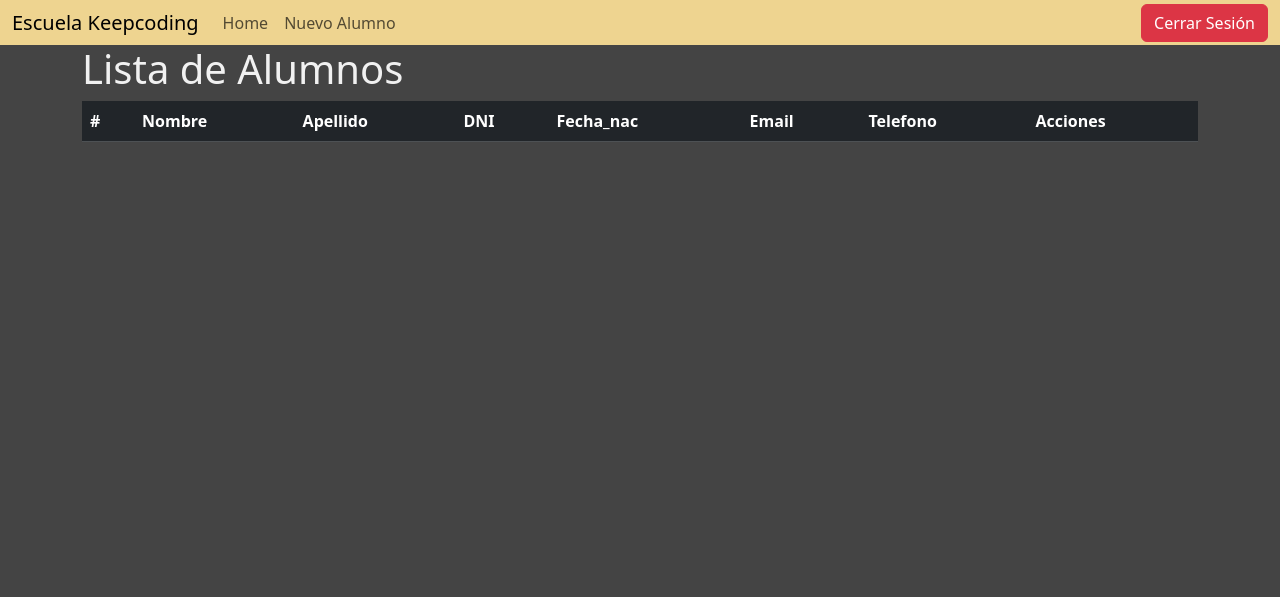
Repository: ChusmiPalos/EscuelaKeepcoding
Page: http://localhost/menu
These files come from the project's save history. The page is drawn as it stood at one moment and after the next save; the edit follows.
The browser window is 1280 px wide. The pictures show the whole page.
The page is this project's Thymeleaf template; nobody is signed in. The template is opened directly, without the code that normally fills it, so the values that code supplies are empty.

Above is the page before, as saved 2024-07-06 23:16:35.

After the next save:
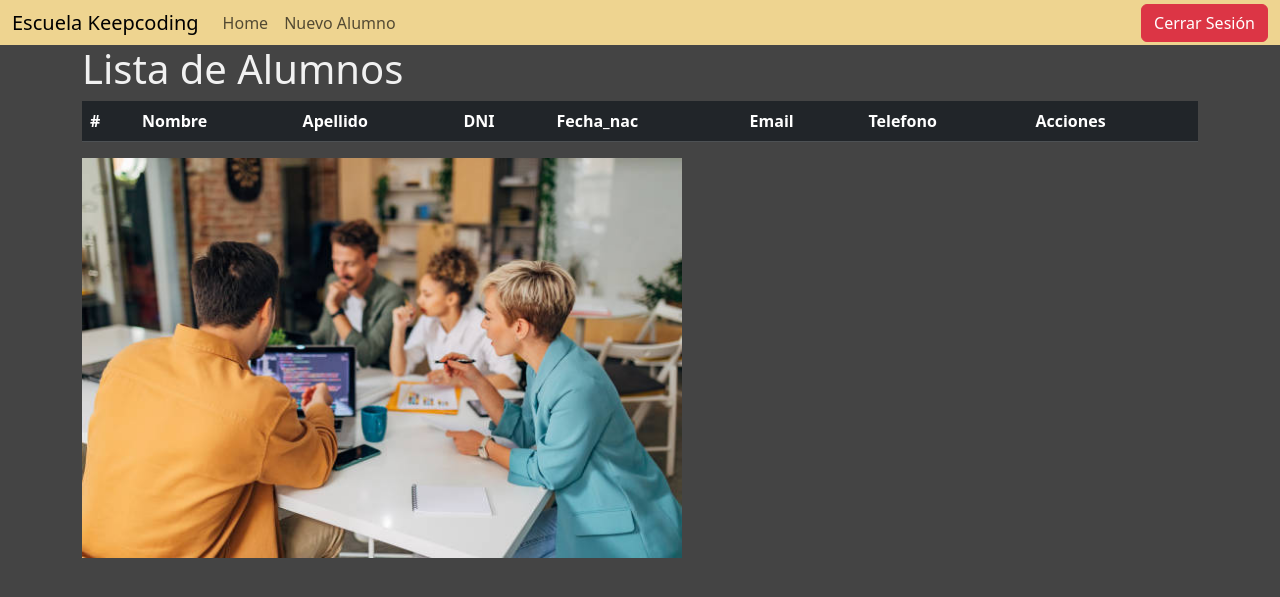
Saved 5 min 44 s later.
--- a/app-web-escuela/src/main/resources/templates/menu.html
+++ b/app-web-escuela/src/main/resources/templates/menu.html
@@ -41,6 +41,7 @@
 
 			</tbody>
 		</table>
+		<img th:src="@{/images/alumnos.jpg}" alt="Cinque Terre" width="600" height="400">
 	</div>
 
 
